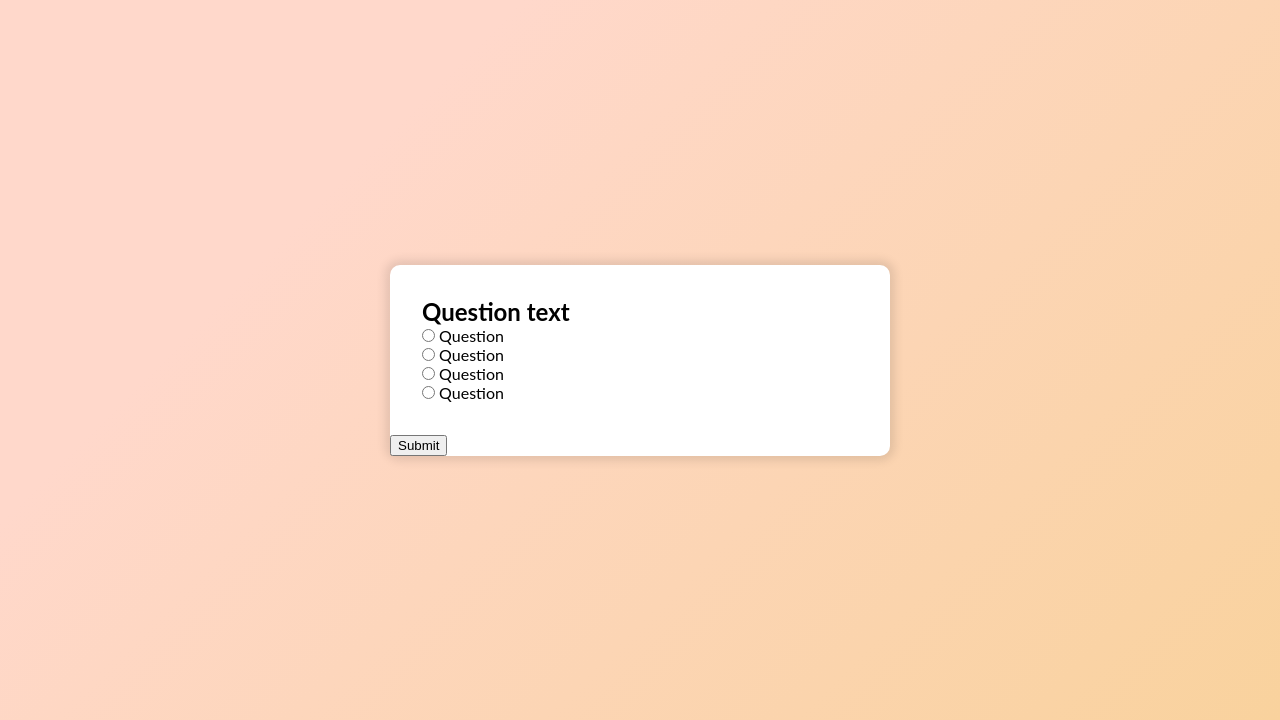
Repository: PratypartyY2K/JavaScript-Projects
Page: Quiz-App/index.html
These files come from the project's save history. The page is drawn as it stood at one moment and after the next save; the edit follows.
The browser window is 1280 px wide. The pictures show the whole page.

Above is the page before, as saved 2021-07-04 09:12:59.

After the next save:
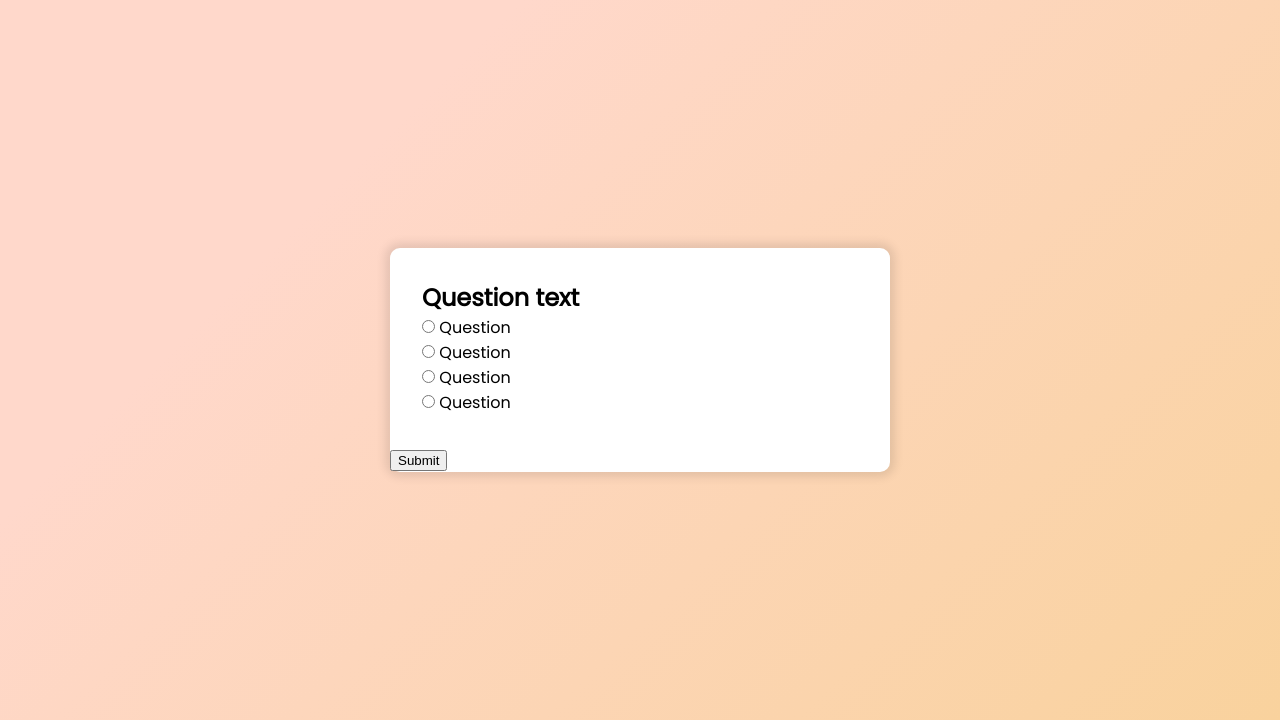
Saved 26 s later.
--- a/Quiz-App/styles.css
+++ b/Quiz-App/styles.css
@@ -12,7 +12,7 @@ body {
     justify-content: center;
     align-items: center;
     min-height: 100vh;
-    font-family: "Lato", sans-serif;
+    font-family: "Poppins", sans-serif;
 }
 
 .quiz-container {
